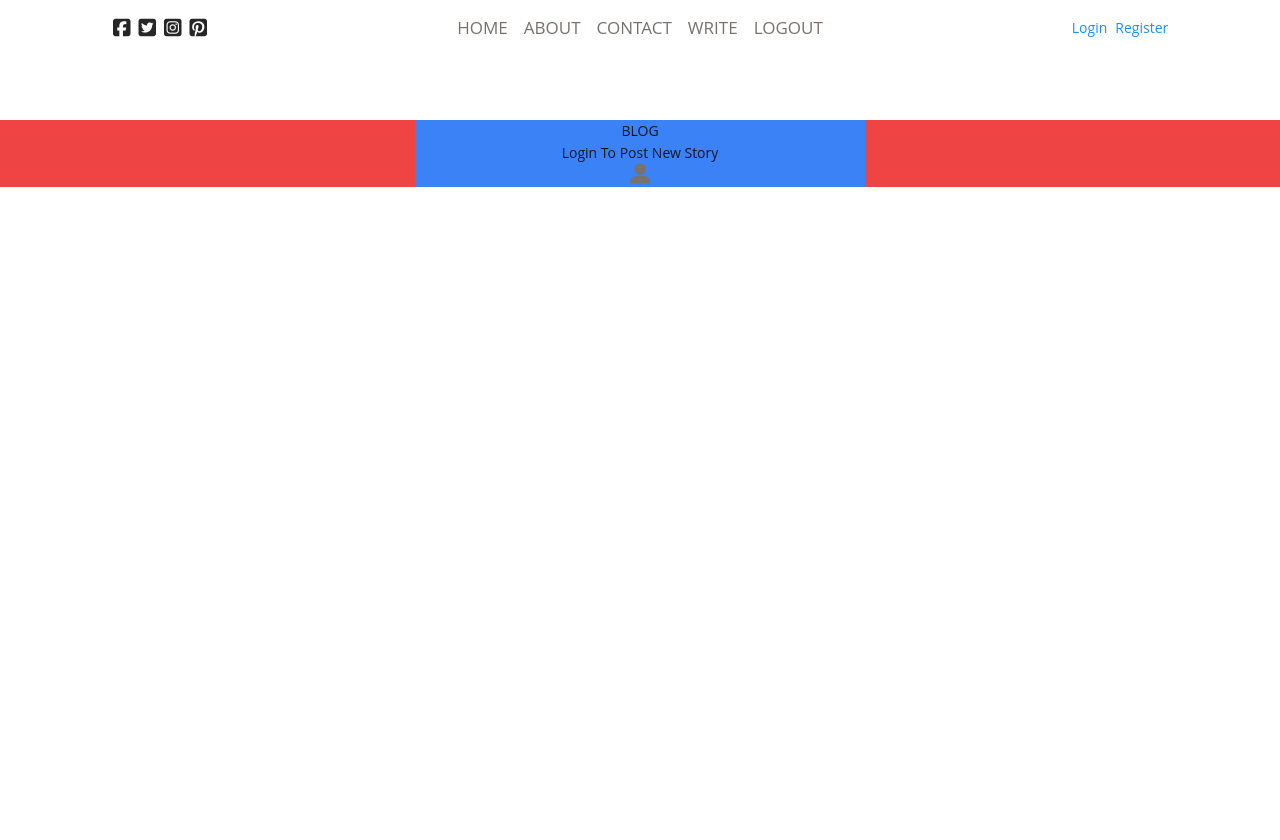
Repository: truongnguyenuit/Blog_App_ver2
Page: /login (app in client/)
An editor plug-in stored every save of this project. The page is shown before and after a run of saves, followed by the edit.
The browser window is 1280 px wide. The pictures show the whole page.
Some web libraries are served in a nearby version. The project was rebuilt for these pictures with package versions that can differ from the ones it lists, and the page was loaded fresh each time. Also part of the build but not shown: client/src/components/AboutComponent.js, client/src/pages/HomePage.js, client/src/pages/RegisterPage.js.

Above is the page before, as saved 2022-07-18 11:23:58.

After the next 5 saves:
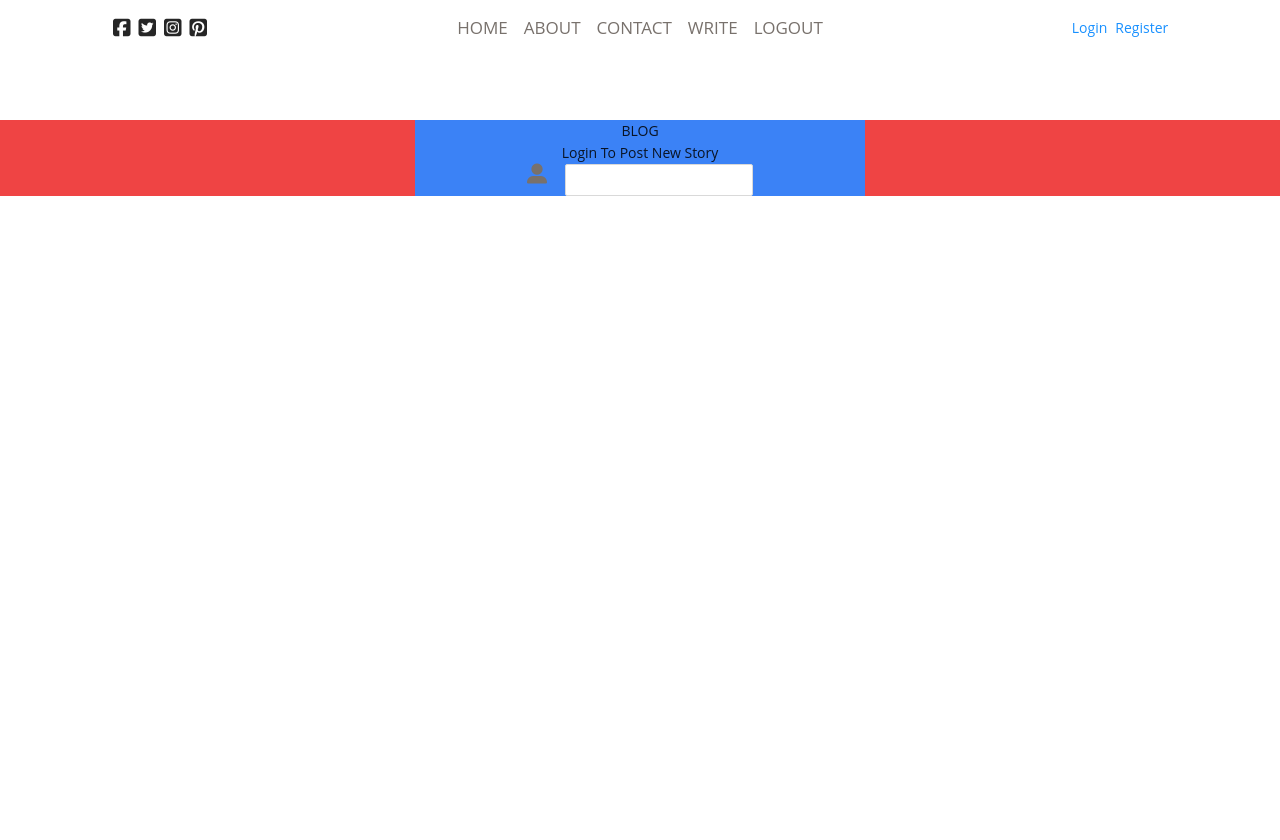
The 5 saves are shown as one change because 1 did not build or start and some came seconds apart.
The last was saved 5 min 40 s later.
--- a/client/src/pages/LoginPage.js
+++ b/client/src/pages/LoginPage.js
@@ -19,7 +19,9 @@ const LoginPage = () => {
 
             </Col>
             <Col span={20}>
+              <Input
 
+              />
             </Col>
           </Row>
         </form>
